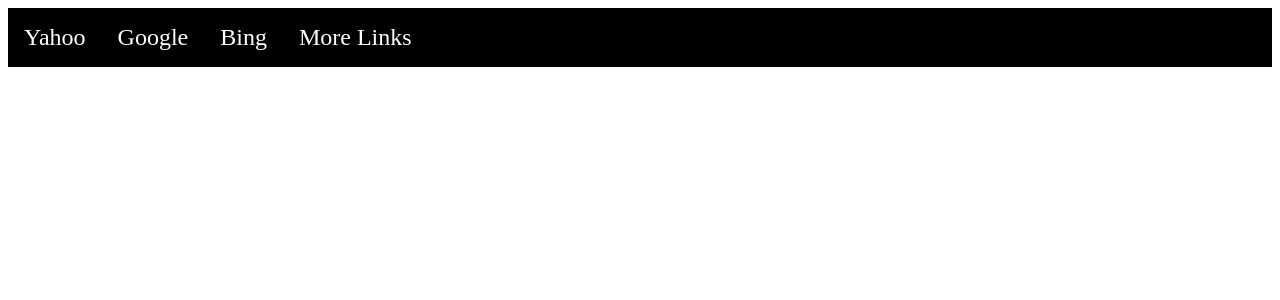
Repository: Artlepop/Artlepop.github.io
Page: index.html
The author's editor kept a record of every edit. The page is drawn from the files as they stood at one moment, then again after the next edit.
The browser window is 1280 px wide. The pictures show the whole page.

Above is the page before.

### index.html
<!DOCTYPE html>
<html>
  <head>

    <title>repl.it</title>

    <style>
      .navbar{
        background-color: black;
        width: 100%;
        height: 59px;
      }

      .navbar a{
        color: white;
        font-size: 24px;
        text-decoration: none;
        padding:16px;
        float:left;
      }

      .morelinks{
        color: White;
        font-size: 24px;
        text-decoration: none;
        padding:16px;
      }

      .navbar a:hover, .morelinks:hover{
        background-color: Purple;
      }

      .dropdown:hover .dropdown-content{
        display:block;
      }

      .dropdown-content{
        position: absolute;
        display: none;
      }

      .dropdown{
        background-color: Black;
        color: White;
        float: Left;
        text-decoration: none;
        font-size: 24px;
      }

      .dropdown a{
        background-color: Black;
        float: none;
        display: block;
      }



    </style>

  </head>
  <body>
    <div class="navbar">
      <a href="https://www.yahoo.com">Yahoo</a>
      <a href="https://www.google.com">Google</a>
      <a href="https://www.bing.com">Bing</a>
      <div class="dropdown">
        <div class="morelinks">More Links</div>
        <div class="dropdown-content">
          <a href="https://www.awseducate.com">AWS Educate</a>
          <a href="https://www.collegeboard.org">College Board</a>
        </div>
      </div>

    </div>

  </body>
</html>

After the next edit:
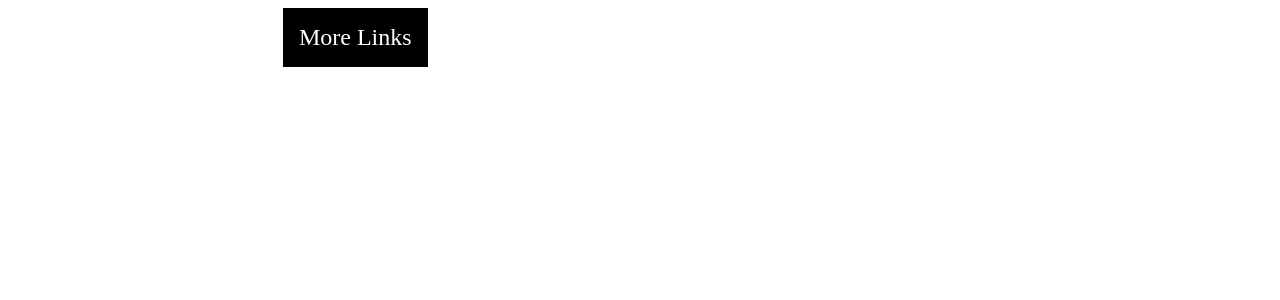
The edit:
--- a/index.html
+++ b/index.html
@@ -8,7 +8,6 @@
       .navbar{
         background-color: black;
         width: 100%;
-        height: 59px;
       }
 
       .navbar a{
